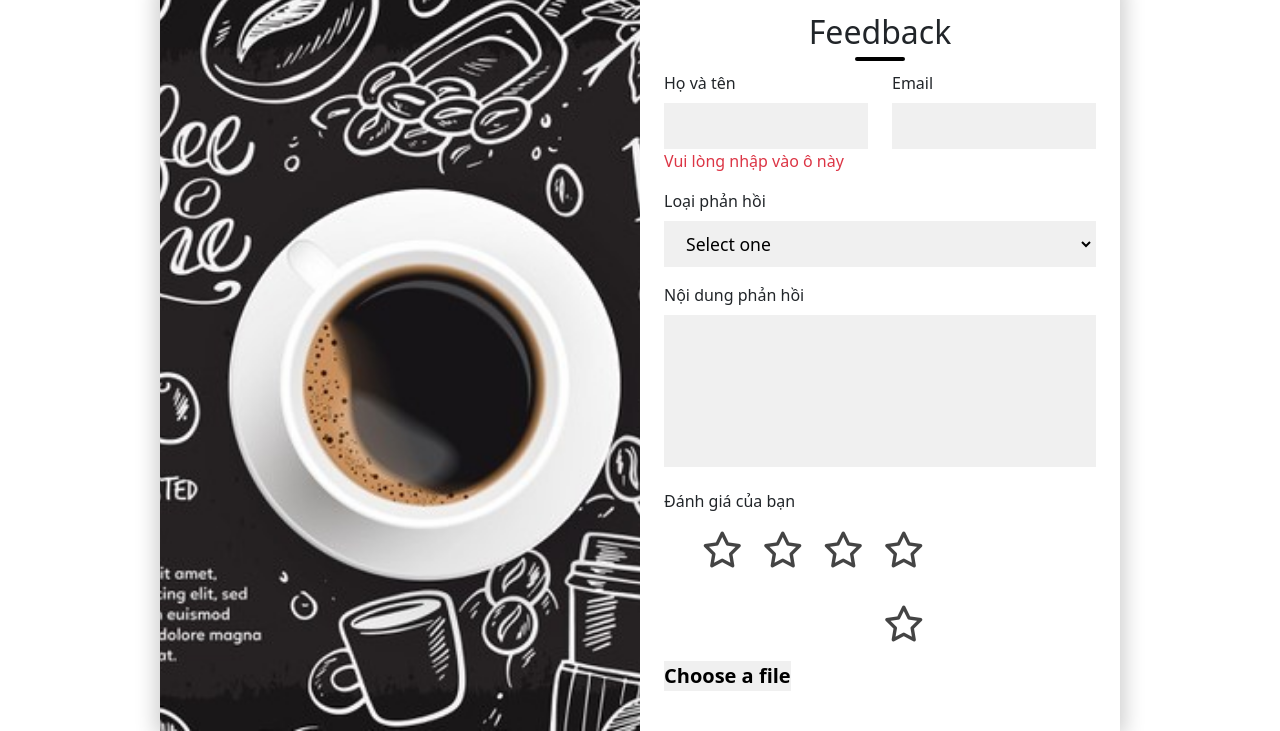
Repository: LeDongGyC/html-css
Page: HTML CSS/prototype/index.html
These files come from the project's save history. The page is drawn as it stood at one moment and after the next save; the edit follows.
The browser window is 1280 px wide. The pictures show the whole page.
Some web libraries are served in a nearby version. The style sheet was rebuilt from its Sass, Less or Tailwind sources for each picture, by a compiler version that may differ from the author's.

Above is the page before, as saved 2023-05-24 12:12:54.

After the next save:
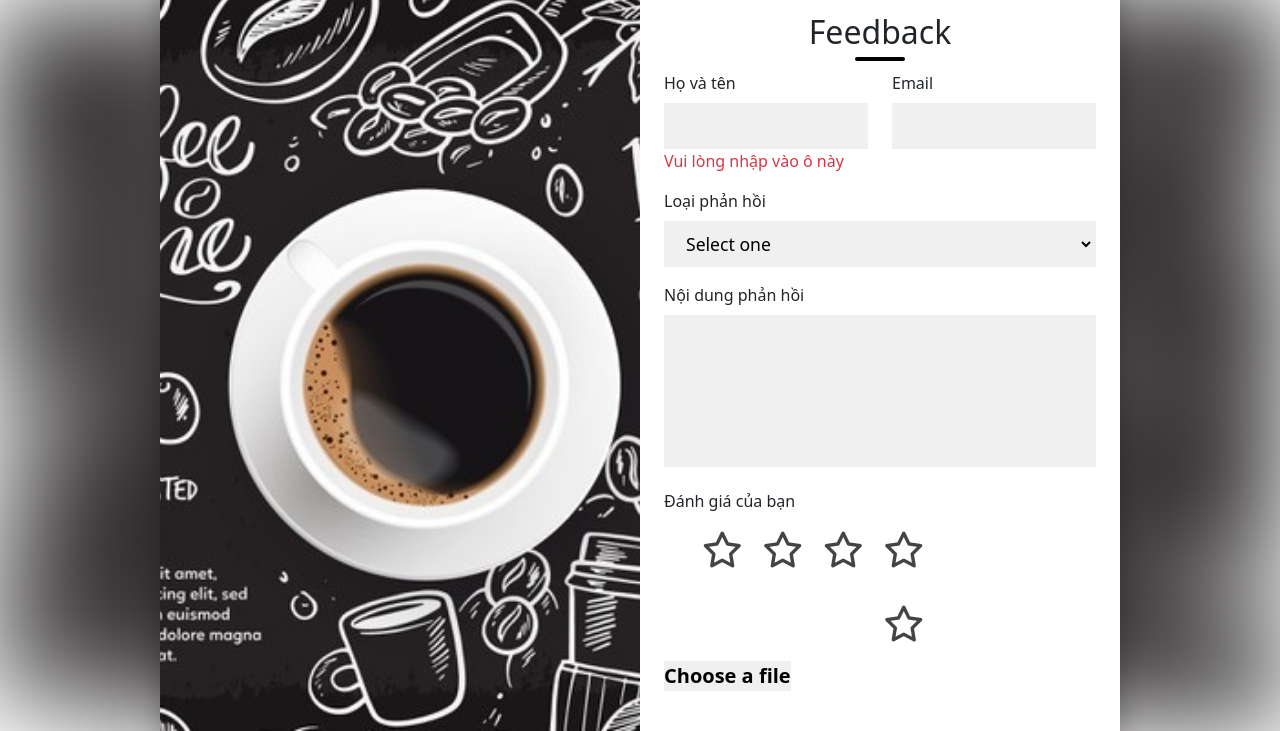
Saved 10 s later.
--- a/HTML CSS/prototype/style.scss
+++ b/HTML CSS/prototype/style.scss
@@ -22,18 +22,18 @@ body {
   // background-image: linear-gradient(rgba(87, 79, 51, 0.5), rgba(87, 79, 51, 0.5)),url('https://img.freepik.com/free-vector/realistic-coffee-background-with-drawings_79603-607.jpg?w=2000');
   //   background-attachment: fixed;
   //   height: 1300px;
-  // &::after {
-  //   content: "";
-  //   position: absolute;
-  //   width: 100%;
-  //   height: 100%;
-  //   left: 0;
-  //   top: 0;
-  //   background: url("cafe.jpg") no-repeat center;
-  //   background-size: cover;
-  //   filter: blur(50px);
-  //   z-index: -1;
-  // }
+  &::after {
+    content: "";
+    position: absolute;
+    width: 100%;
+    height: 100%;
+    left: 0;
+    top: 0;
+    background: url("cafe.jpg") no-repeat center;
+    background-size: cover;
+    filter: blur(50px);
+    z-index: -1;
+  }
 }
 .feedback-box {
   max-width: 85rem;
